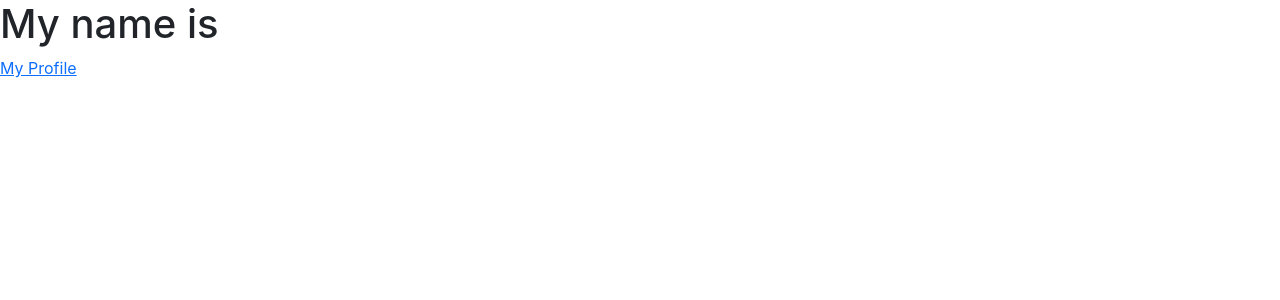
Repository: NuclMe/UdemyCourse
Page: /
These files come from the project's save history. The page is drawn as it stood at one moment and after the next save; the edit follows.
The browser window is 1280 px wide. The pictures show the whole page.
Some web libraries are served in a nearby version. The project was rebuilt for these pictures with package versions that can differ from the ones it lists, and the page was loaded fresh each time.

Above is the page before, as saved 2021-07-19 15:02:13.

### public/index.html
<!DOCTYPE html>
<html lang="en">
  <head>
    <meta charset="utf-8" />
    <link rel="icon" href="%PUBLIC_URL%/favicon.ico" />
    <meta name="viewport" content="width=device-width, initial-scale=1" />
    <meta name="theme-color" content="#000000" />
    <meta
      name="description"
      content="Web site created using create-react-app"
    />
    <link rel="apple-touch-icon" href="%PUBLIC_URL%/logo192.png" />
    <!--
      manifest.json provides metadata used when your web app is installed on a
      user's mobile device or desktop. See https://developers.google.com/web/fundamentals/web-app-manifest/
    -->
    <link rel="manifest" href="%PUBLIC_URL%/manifest.json" />
    <link href="https://cdn.jsdelivr.net/npm/bootstrap@5.0.0-beta2/dist/css/bootstrap.min.css" rel="stylesheet" integrity="sha384-BmbxuPwQa2lc/FVzBcNJ7UAyJxM6wuqIj61tLrc4wSX0szH/Ev+nYRRuWlolflfl" crossorigin="anonymous">

    <script src="https://kit.fontawesome.com/7dec161997.js" crossorigin="anonymous"></script>
    <!--
      Notice the use of %PUBLIC_URL% in the tags above.
      It will be replaced with the URL of the `public` folder during the build.
      Only files inside the `public` folder can be referenced from the HTML.

      Unlike "/favicon.ico" or "favicon.ico", "%PUBLIC_URL%/favicon.ico" will
      work correctly both with client-side routing and a non-root public URL.
      Learn how to configure a non-root public URL by running `npm run build`.
    -->
    <title>React App</title>
  </head>
  <body>
    <noscript>You need to enable JavaScript to run this app.</noscript>
    <div id="root"></div>
    <!--
      This HTML file is a template.
      If you open it directly in the browser, you will see an empty page.

      You can add webfonts, meta tags, or analytics to this file.
      The build step will place the bundled scripts into the <body> tag.

      To begin the development, run `npm start` or `yarn start`.
      To create a production bundle, use `npm run build` or `yarn build`.
    -->
  </body>
</html>

### src/index.js
import React from "react"
import ReactDOM from "react-dom"
import "./index.css"
// import App from "./components/app"

function WhoAmI(props){
    return (
        <React.Fragment>
            <h1>My name is</h1>
            <a href="#"> My Profile</a>
        </React.Fragment>
    )
}
ReactDOM.render(<WhoAmI/>,document.getElementById("root"))

Loaded but not shown: src/index.css (common file)

After the next save:
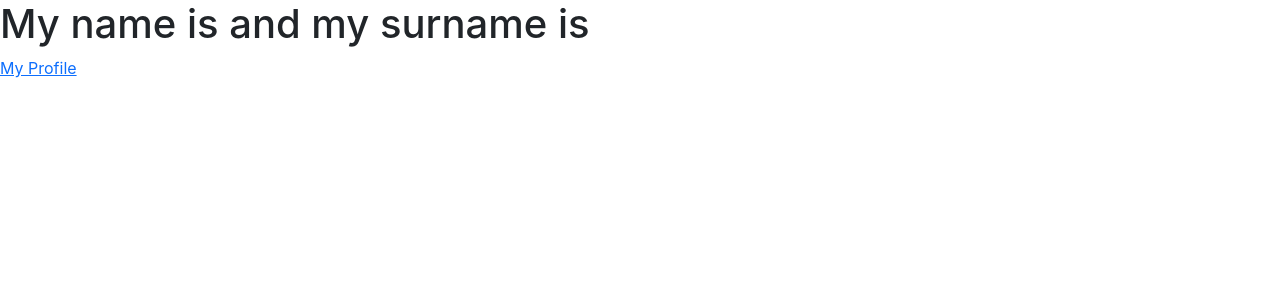
Saved 33 s later.
--- a/src/index.js
+++ b/src/index.js
@@ -6,7 +6,7 @@
 function WhoAmI(props){
     return (
         <React.Fragment>
-            <h1>My name is</h1>
+            <h1>My name is {props.name} and my surname is {props.surname}</h1>
             <a href="#"> My Profile</a>
         </React.Fragment>
     )
